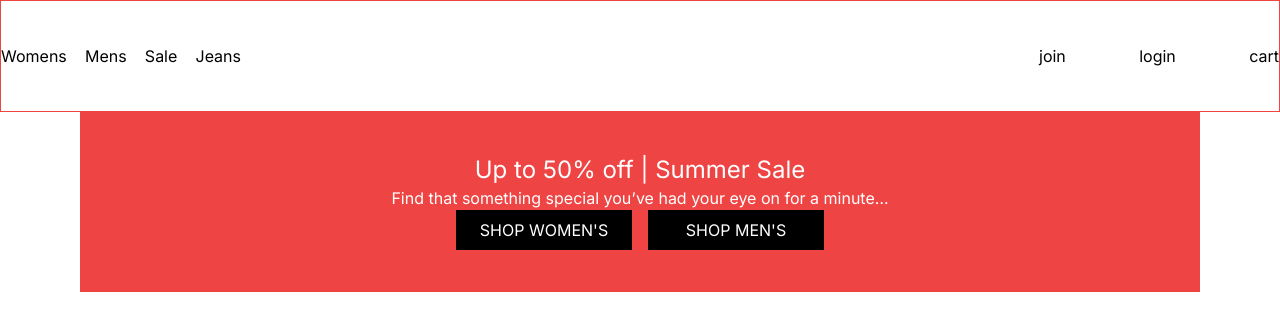
Repository: harrywebb21/stil-clothing
Page: /
An editor plug-in stored every save of this project. The page is shown before and after the next save, followed by the edit.
The browser window is 1280 px wide. The pictures show the whole page.
The project was rebuilt for these pictures with package versions that can differ from the ones it lists, and the page was loaded fresh each time. The framework's server and built-in components were replaced by stand-ins that run in the browser. Also part of the build but not shown: next.config.js.

Above is the page before, as saved 2023-06-08 16:13:28.

After the next save:
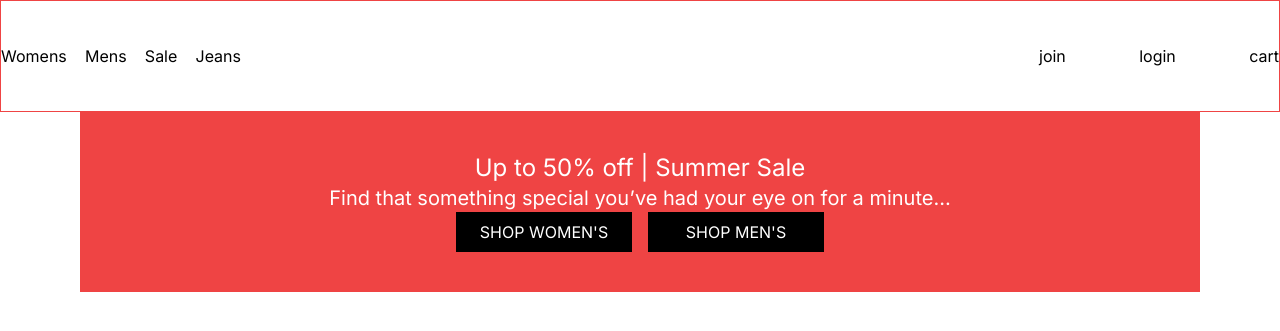
Saved 28 s later.
--- a/src/app/components/SaleBox.js
+++ b/src/app/components/SaleBox.js
@@ -2,7 +2,9 @@ export default function SaleBox() {
   return (
     <div className="flex flex-col justify-center items-center h-[180px] bg-red-500 text-white w-screen m">
       <h1 className=" text-2xl"> Up to 50% off | Summer Sale</h1>
-      <p>Find that something special you’ve had your eye on for a minute…</p>
+      <p className=" text-xl">
+        Find that something special you’ve had your eye on for a minute…
+      </p>
       <div className="gap-4 flex">
         <button className="bg-black text-white px-4 py-2 text-center  w-44">
           SHOP WOMEN'S
